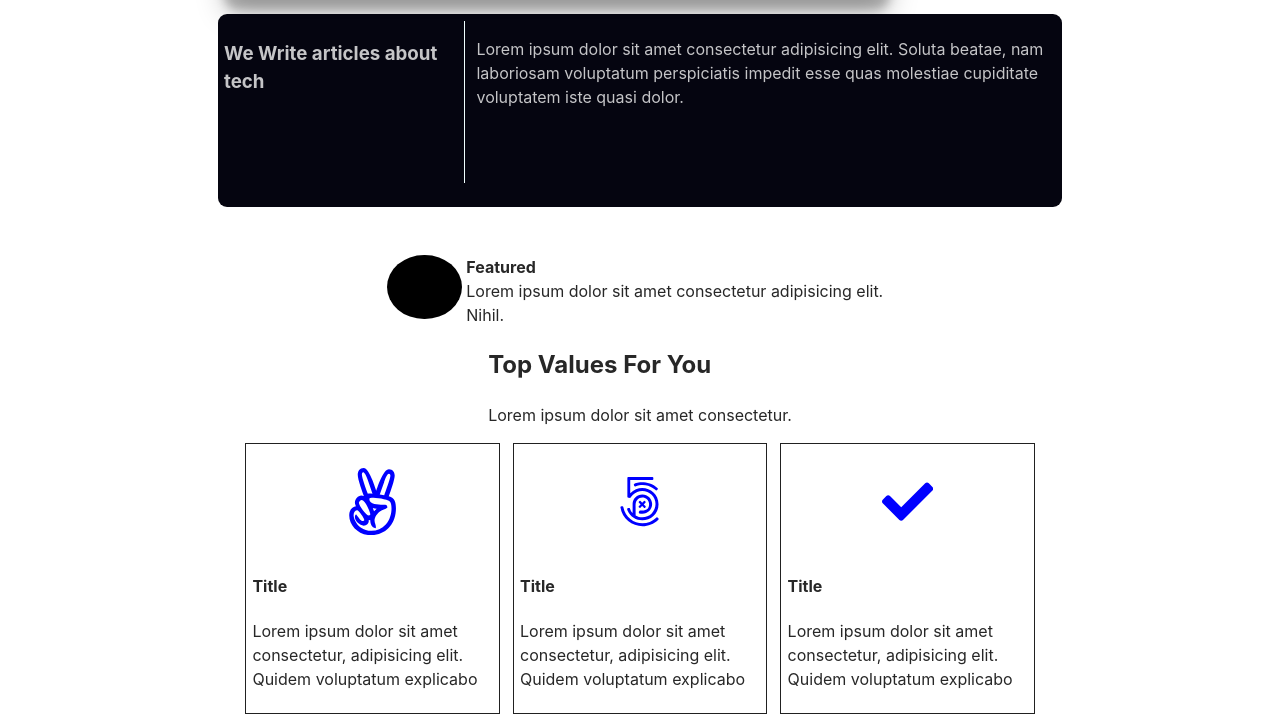
Repository: ValGrace/-static-site
Page: /home (app in client/)
These files come from the project's save history. The page is drawn as it stood at one moment and after the next save; the edit follows.
The browser window is 1280 px wide. The pictures show the part of the page from y = 664 to 1386 px (the page is 1386 px tall).
The project was rebuilt for these pictures with package versions that can differ from the ones it lists, and the page was loaded fresh each time. Also part of the build but not shown: client/vite.config.js, client/src/Utils/appwrite.js, client/src/Components/Login.jsx, client/src/Components/Signup.jsx, client/src/Components/InfoPage.css, client/src/Pages/aboutPage.jsx, client/src/Pages/Articles.jsx.

Above is the page before, as saved 2023-02-19 17:10:35.

After the next save:
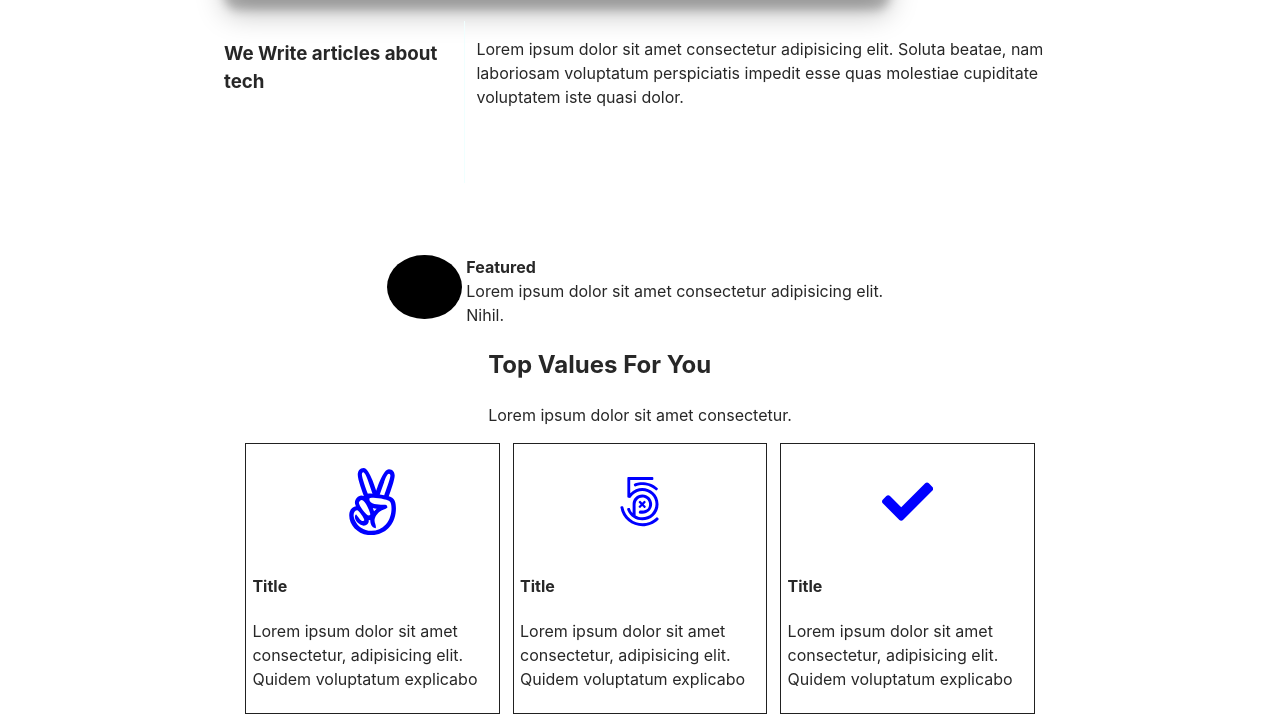
Saved 2 min 32 s later.
--- a/client/src/Components/Navbar.css
+++ b/client/src/Components/Navbar.css
@@ -87,8 +87,7 @@ nav > ul{
 }
 .site-descr {
     width:65vw;
-    background-color: rgba(1, 1, 12, 0.979);
-    color: rgba(255, 255, 255, 0.767);
+
     border-radius: 9px;
     margin-top: 0.9rem;
     display: flex;
